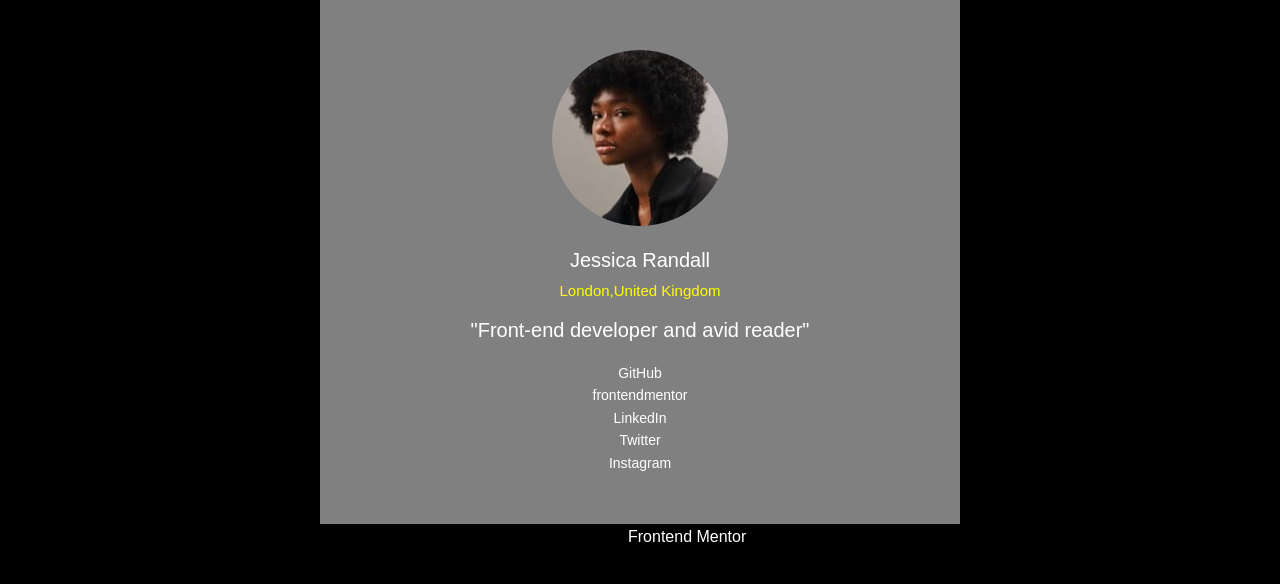
Repository: JosephAbatan05/Social-links-profile
Page: social-links-profile-main/index.html
An editor plug-in stored every save of this project. The page is shown before and after the next save, followed by the edit.
The browser window is 1280 px wide. The pictures show the whole page.

Above is the page before, as saved 2025-01-26 16:09:42.

### social-links-profile-main/index.html
<!DOCTYPE html>
<html lang="en">
<head>
  <meta charset="UTF-8">
  <meta name="viewport" content="width=device-width, initial-scale=1.0"> <!-- displays site properly based on user's device -->

  <link rel="icon" type="image/png" sizes="32x32" href="./assets/images/favicon-32x32.png">

  <title>Frontend Mentor | Social links profile</title>
<link rel="stylesheet" href="styles.css">

  <!-- Feel free to remove these styles or customise in your own stylesheet 👍 --<style>
    .attribution { font-size: 11px; text-align: center; }
    .attribution a { color: hsl(228, 45%, 44%); }
  </style>
</head>
<body>

  Jessica Randall
  London, United Kingdom
  "Front-end developer and avid reader."

  GitHub
  Frontend Mentor
  LinkedIn
  Twitter
  Instagram


-->

<div class="container">
  <img src="assets\images\avatar-jessica.jpeg" >

<div id="name">Jessica Randall</div>
<div class="description">London,United Kingdom</div>
<div class="about">"Front-end developer and avid reader"</div>
<div id="fa-links-container">
    <div><a href="https://github.com" >GitHub</a></div>



    <div><a href="https://frontendmentor.com" >frontendmentor</a></div>




    <div><a href="https://Linkeldn.com" >LinkedIn</a></div>




    <div><a href="https://Twitter.com" >Twitter</a></div>




    <div><a href="https://Instagram.com" >Instagram</a></div>









</div>


</div>
<div class="attribution">
  Challenge by <a href="https://www.frontendmentor.io?ref=challenge" target="_blank">Frontend Mentor</a>.
</div>

</body>
</html>

### social-links-profile-main/styles.css
body{
    margin:0;
    padding:0;
    box-sizing: border-box;
    background-color: black;
    font-family: sans-serif;
}
.container{
    text-align: center;
    margin: 0 auto;
    font-size:14px;
    background-color: grey;
    max-width: 50%;
    padding: 50px 0;
}
img{
    border-radius:50%;


}
.container #name{
    color:white;
    margin-top: 20px;
    font-size:20px;
}

.container .description{
    color:yellow;
    margin-top: 10px;
    font-size: 15px;
}
.container .about{
    margin-top:20px;
    color:white;
    font-size: 20px;
    margin-bottom: 20px;
}

.fa-links-container{
    margin-top:20px;
    padding:10px;
    text-align: center;

}

.fa-links-container div a{
    padding:10px;
    border-radius:5px;
    color:white;
    margin:0  auto;
   margin-top: 5px;
   font-weight:bold;

   max-width:300px;
}
a{
    border: none;
    text-decoration: none;
    padding-top:10px;
    color: white;
    line-height: 1.6;
    border-radius: 8px;
    background-color:  Grey 800: hsl(0, 0%, 12%);
}


.attribution{
    text-align:center;
    text-decoration: none;
}

After the next save:
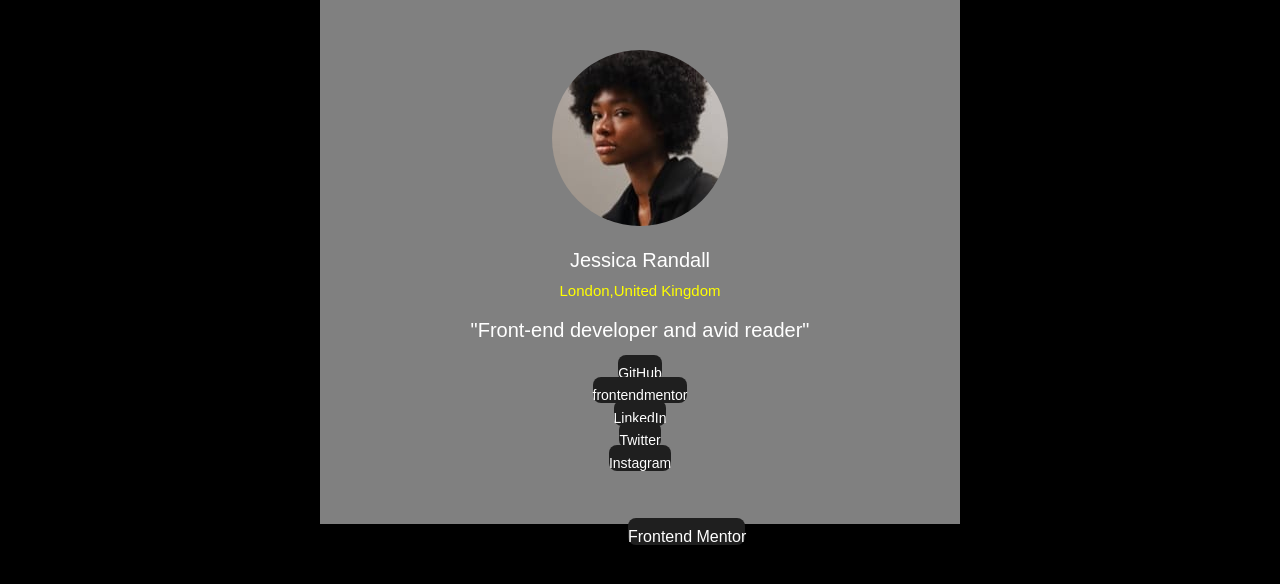
Saved 6 s later.
--- a/social-links-profile-main/styles.css
+++ b/social-links-profile-main/styles.css
@@ -60,7 +60,7 @@ a{
     color: white;
     line-height: 1.6;
     border-radius: 8px;
-    background-color:  Grey 800: hsl(0, 0%, 12%);
+    background-color: hsl(0, 0%, 12%);
 }
 
 
